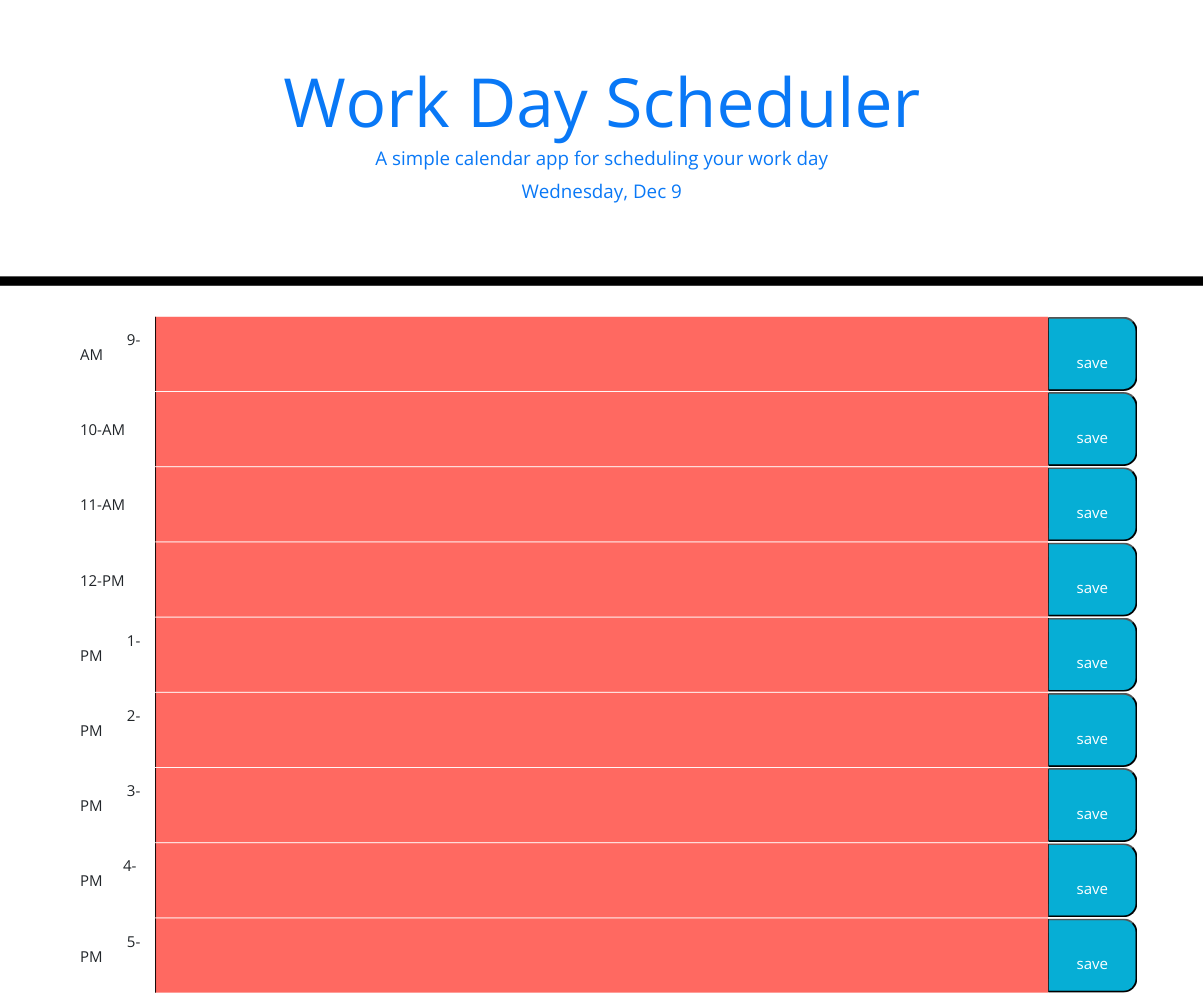
Repository: Mf948/DailyPlannerJS
Page: Develop/index.html
An editor plug-in stored every save of this project. The page is shown before and after a run of saves, followed by the edit.
The browser window is 1280 px wide. The pictures show the whole page, at 94% of full size.
Some web libraries are served in a nearby version.

Above is the page before, as saved 2020-12-09 17:34:01.

After the next 2 saves:
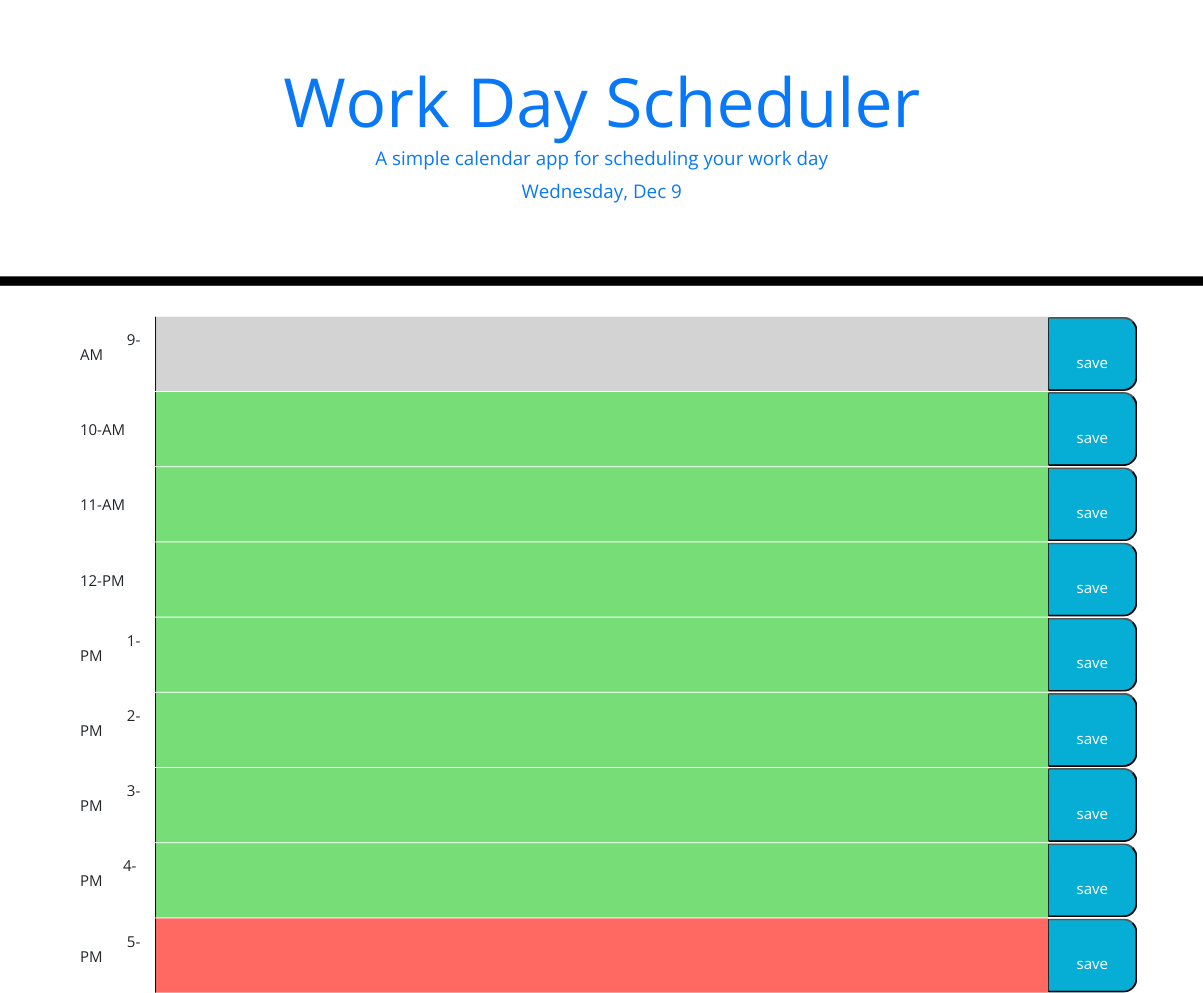
The 2 saves are shown as one change because they came seconds apart.
The last was saved 8 s later.
--- a/Develop/script.js
+++ b/Develop/script.js
@@ -17,10 +17,10 @@
                 $(this).addClass('present')
             }else if(dayjshour > $(this).attr('id')){
                 //change class to future
-                $(this).addClass('present')
+                $(this).addClass('future')
             }else{
                 //default class == past
-                $(this).addClass('present')
+                $(this).addClass('past')
             }
         })
 
